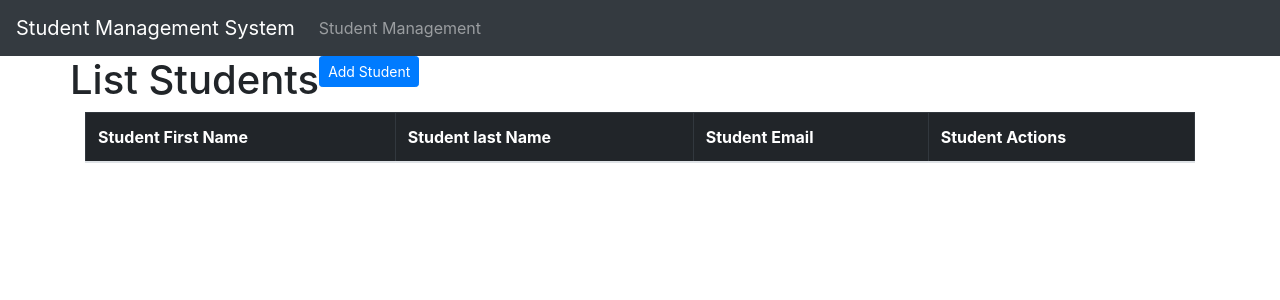
Repository: Sunnyrajverma1/Student_Management_System
Page: http://localhost/students
The author's editor kept a copy of each file at every save. The page is drawn from the files as they stood at one save, then again after the next save.
The browser window is 1280 px wide. The pictures show the whole page.
The page is this project's Thymeleaf template; nobody is signed in. The template is opened directly, without the code that normally fills it, so the values that code supplies are empty.

Above is the page before, as saved 2022-09-09 15:09:42.

### student-management-system/src/main/resources/templates/students.html
<!DOCTYPE html>
<html xmlns:th="http://www.thymeleaf.org">
<head>
<meta charset="ISO-8859-1">
<title>Student Management System</title>
<link rel="stylesheet"
	href="https://cdn.jsdelivr.net/npm/bootstrap@4.0.0/dist/css/bootstrap.min.css"
	integrity="sha384-Gn5384xqQ1aoWXA+058RXPxPg6fy4IWvTNh0E263XmFcJlSAwiGgFAW/dAiS6JXm"
	crossorigin="anonymous">
</head>
<body>
	<nav class="navbar navbar-expand-md bg-dark navbar-dark">
	  <!-- Brand -->
	  <a class="navbar-brand" href="#">Student Management System</a>

	  <!-- Toggler/collapsibe Button -->
	  <button class="navbar-toggler" type="button" data-toggle="collapse" data-target="#collapsibleNavbar">
	    <span class="navbar-toggler-icon"></span>
	  </button>

	  <!-- Navbar links -->
	  <div class="collapse navbar-collapse" id="collapsibleNavbar">
	    <ul class="navbar-nav">
	      <li class="nav-item">
	        <a class="nav-link" th:href="@{/students}">Student Management</a>
	      </li>

	    </ul>
	  </div>
	</nav>


	<div class="container">
		<div class="row">
			<h1>List Students</h1><br></br>
			<div class="row"><br>
			<div class="col-lg-3">
				<a th:href ="@{/students/new}" class="btn btn-primary btn-sm mb-3">Add Student</a>
			</div>
			</div>
		</div>
		<table class="table table-striped table-bordered">
			<thead class="table-dark">
				<tr>
					<th>Student First Name</th>
					<th>Student last Name</th>
					<th>Student Email</th>
					<th>Student Actions</th>
				</tr>
			</thead>
			<tbody>
				<tr th:each="student: ${students}">
					<td th:text = "${student.firstName}"> </td>
					<td th:text = "${student.lastName}"> </td>
					<td th:text = "${student.email}"> </td>
					<td>
					<a th:href="@{/students/edit/{id}(id=${student.id})}"
					class="btn btn-primary">update</a>

					<a th:href="@{/students/{id}(id=${student.id})}"
					class="btn btn-danger">Delete</a>
					</td>

				</tr>

			</tbody>
		</table>
	</div>
</body>
</html>

After the next save:
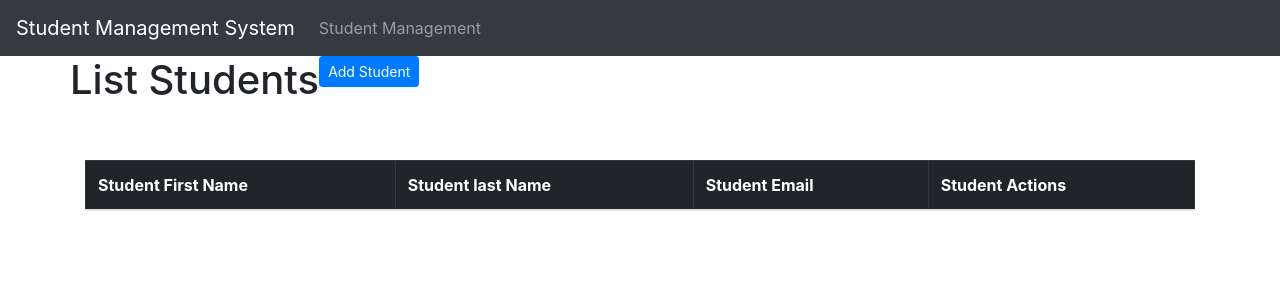
Saved 68 s later.
--- a/student-management-system/src/main/resources/templates/students.html
+++ b/student-management-system/src/main/resources/templates/students.html
@@ -32,7 +32,10 @@
 
 	<div class="container">
 		<div class="row">
-			<h1>List Students</h1><br></br>
+			<div>
+				<h1>List Students</h1><br></br>
+			</div>
+
 			<div class="row"><br>
 			<div class="col-lg-3">
 				<a th:href ="@{/students/new}" class="btn btn-primary btn-sm mb-3">Add Student</a>
